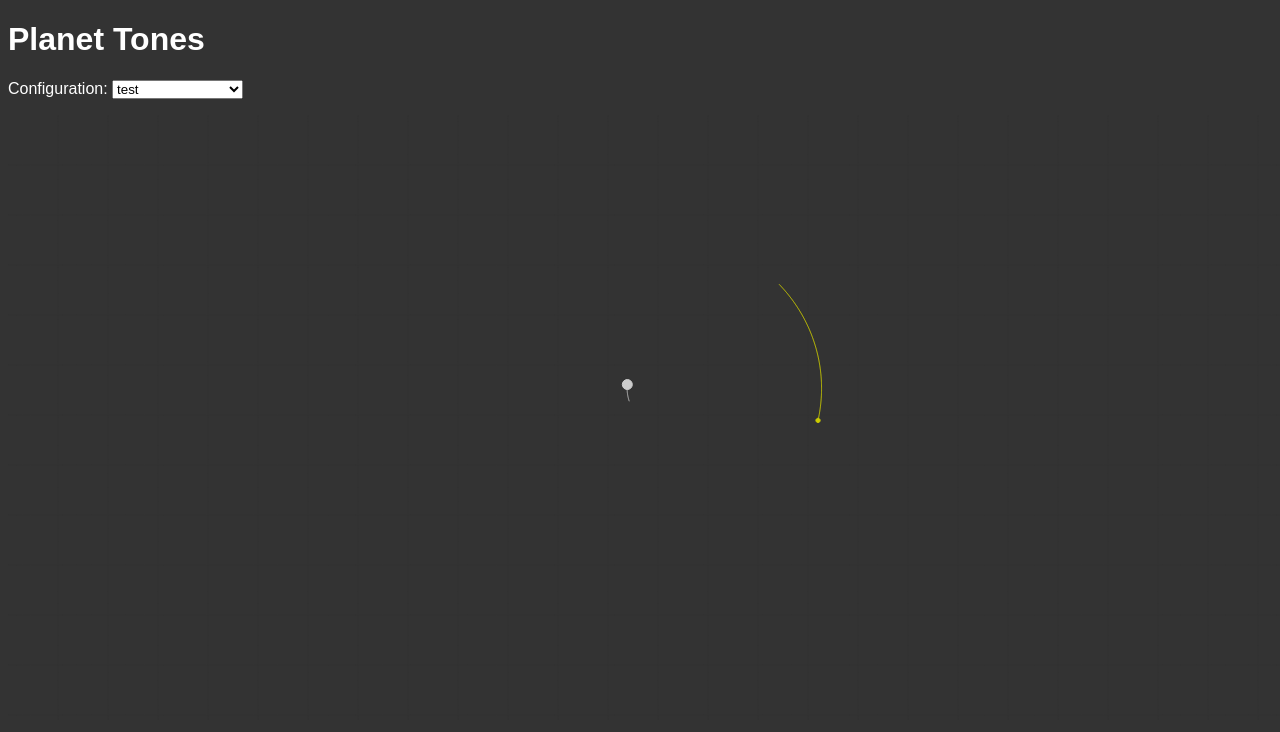
Repository: sroons/planet-of-sound
Page: planets.html
These files come from the project's save history. The page is drawn as it stood at one moment and after the next save; the edit follows.
The browser window is 1280 px wide. The pictures show the whole page.

Above is the page before, as saved 2020-05-25 15:14:27.

After the next save:
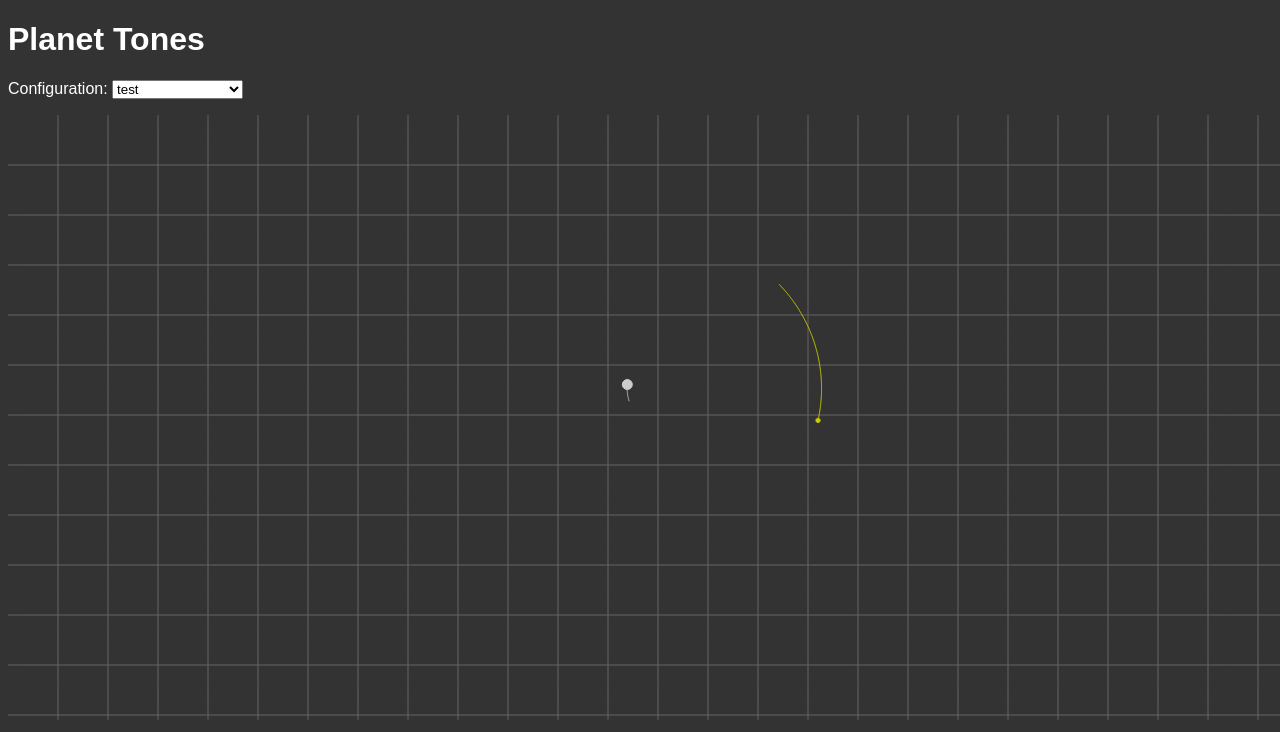
Saved 18 s later.
--- a/planets.js
+++ b/planets.js
@@ -80,7 +80,7 @@ simulation.prototype = {
                 height: c.height,
                 note: x,
                 plucked: false,
-                color: "#333",
+                color: "#666",
                 path: new Path.Line(
                     new Point(newX, 0),
                     new Point(newX, c.height)
@@ -101,7 +101,7 @@ simulation.prototype = {
                 height: 0.2,
                 note: y,
                 plucked: false,
-                color: "#333",
+                color: "#666",
                 path: new Path.Line(
                     new Point(0, newY),
                     new Point(c.width, newY)

After the save that followed:
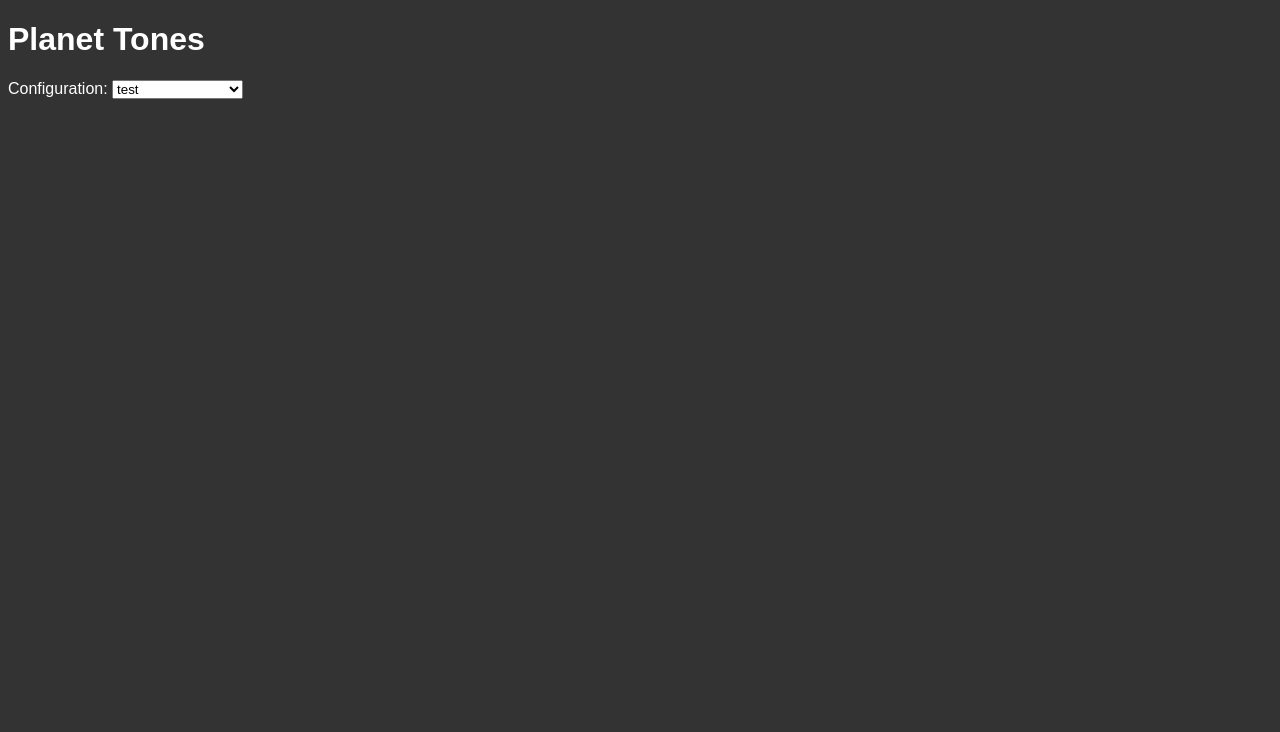
Console error: TypeError: this.checkForGridCrossingX is not a function
Saved 11 min 26 s later.
--- a/planets.js
+++ b/planets.js
@@ -246,8 +246,15 @@ simulation.prototype = {
         }
     },
     checkForMidiNote: function (planet) {
-        if (this.checkGridCrossing(planet.position)) {
-            console.log("gridline crossed");
+        var gridlineCrossedX = this.checkForGridCrossingX(planet.position);
+        if (gridlineCrossedX) {
+            console.log("gridline crossed :: x" + gridlineCrossedX)
+            //make a midi note from the line properties
+        }
+        var gridlineCrossedY = this.checkForGridCrossingY(planet.position);
+        if (gridlineCrossedY) {
+            console.log("gridline crossed :: y " + gridlineCrossedY)
+            //make a midinote from the line properties
         }
 
     },
@@ -258,7 +265,7 @@ simulation.prototype = {
         var roundedY = Math.floor(positions.y);
         if (roundedX % this.GRIDSIZE == 0 && roundedX != this.LASTX) {
             this.LASTX = roundedX;
-            return true;
+            return;
         }
         if (roundedY % this.GRIDSIZE == 0 && roundedY != this.LASTY) {
             this.LASTY = roundedY;
